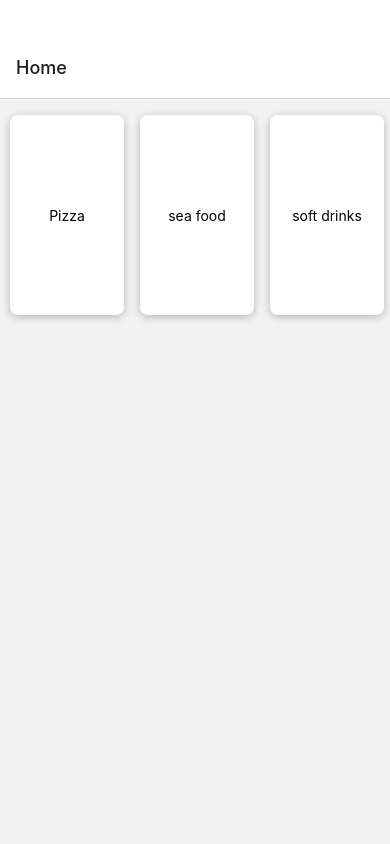
Repository: Esraa22M/ReactNative
Screen: /
An editor plug-in stored every save of this project. The screen is shown before and after the next save, followed by the edit.
The app was drawn by React Native's web renderer in a window 390 px wide. The project was rebuilt for these pictures with package versions that can differ from the ones it lists, and the page was loaded fresh each time. Also part of the build but not shown: src/components/header/header.component.js, src/colors/front-screen-colors/user-auth-colors.js, src/components/header/header.styles.js, src/components/textInput/textInput.styles.js, src/components/textInput/textInput.components.jsx, src/components/singup-form-body/singup-form-body.components.js, src/screens/front-screen/Singup/singup-screen.screens.jsx, src/authentication/api/login-info.js and 2 more.

Above is the screen before, as saved 2023-09-21 00:41:37.

After the next save:
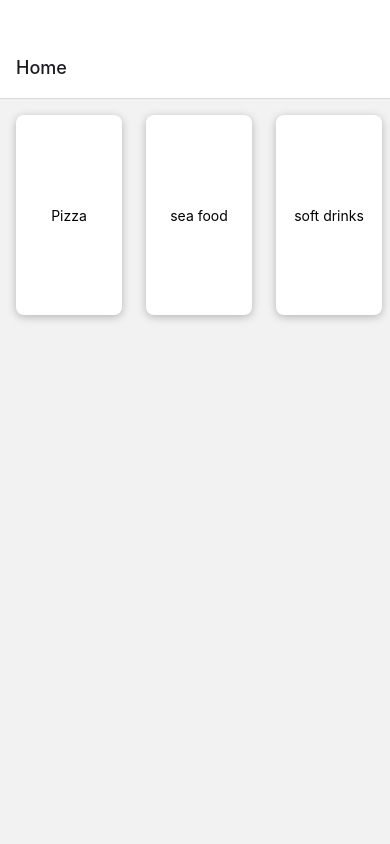
Saved 23 s later.
--- a/src/components/categories/category-item.components.js
+++ b/src/components/categories/category-item.components.js
@@ -22,11 +22,10 @@ const styles = StyleSheet.create({
     shadowOffset: { width: 0, height: 2 },
     shadowRadius: 8,
     marginVertical: 16,
-    marginLeft: 10,
-    marginRight: 6,
+    marginLeft: 16,
+    marginRight: 8,
     elevation: 4,
     alignItems: "center",
-    overflow: "hidden",
     borderRadius: 8,
   },
 });
